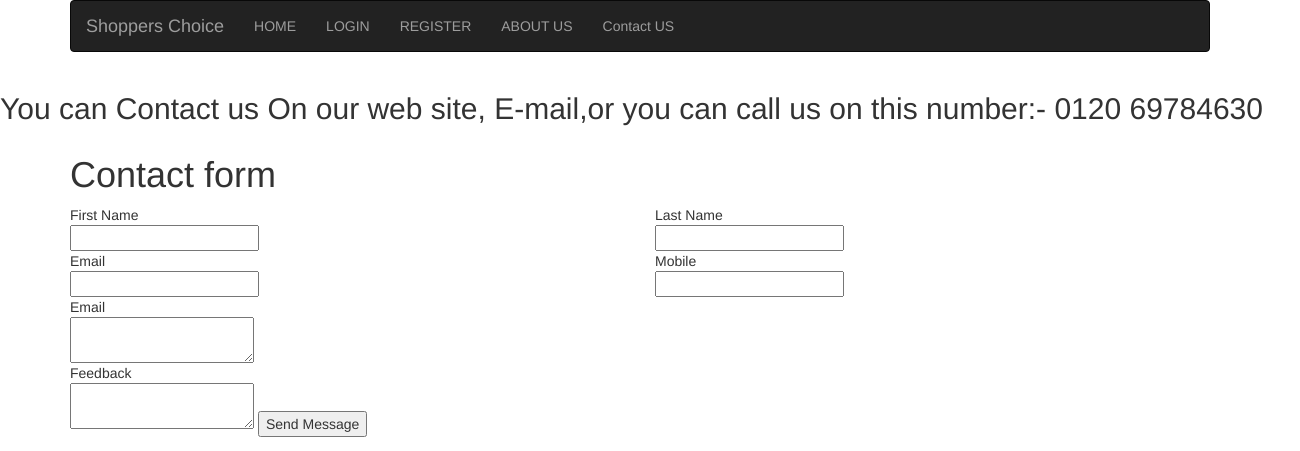
Repository: ShivaniSharma97/NewWorkspace
Page: http://localhost/ShoppersChoiceFrontend/WEB-INF/views/ContactUs.jsp
These files come from the project's save history. The page is drawn as it stood at one moment and after the next save; the edit follows.
The browser window is 1280 px wide. The page is 1300 px wide, so the pictures cover 1300 px, including what lies to the right of the window. The pictures show the part of the page from y = 350 to 819 px (the page is 801 px tall before and 819 px after).
The page is served by Tomcat 9. Nobody is signed in. Other server files are loaded and not shown. The template is opened directly, without the code that normally fills it, so the values that code supplies are empty.

Above is the page before, as saved 2019-02-12 03:04:18.

### ShoppersChoiceFrontend/src/main/webapp/WEB-INF/views/ContactUs.jsp
<%@ page language="java" contentType="text/html"%>
<%@include file="Header.jsp" %>
<html>
<head>
<link rel="stylesheet" href="https://maxcdn.bootstrapcdn.com/bootstrap/3.3.7/css/bootstrap.min.css">
<script src="https://ajax.googleapis.com/ajax/libs/jquery/3.3.1/jquery.min.js"></script>
<script src="https://maxcdn.bootstrapcdn.com/bootstrap/3.3.7/js/bootstrap.min.js"></script>
</head>
<body>
<h2> You can Contact us On our web site, E-mail,or you can call us on this number:- 0120 69784630</h2>
<div class="container-fluid">
<div class="container">
<div class="formBox">
<form>
<div class="row">
<div class="col-sm-12">
<h1>Contact form</h1>
</div>
</div>
<div class="row">
<div class="col-sm-6">
<div class="inputBox ">
<div class="inputText">First Name</div>
<input type="text" name="" class="input">
</div>
</div>
<div class="col-sm-6">
<div class="inputBox">
<div class="inputText">Last Name</div>
<input type="text" name="" class="input">
</div>
</div>
</div>
<div class="row">
<div class="col-sm-6">
<div class="inputBox">
<div class="inputText">Email</div>
						<input type="text" name="" class="input">
								</div>
							</div>

							<div class="col-sm-6">
								<div class="inputBox">
									<div class="inputText">Mobile</div>
									<input type="text" name="" class="input">
								</div>
							</div>
						</div>

						<div class="row">
							<div class="col-sm-12">
								<div class="inputBox">
									<div class="inputText">Email</div>
									<textarea class="input"></textarea>
								</div>
							</div>
						</div>

						<div class="row">
							<div class="col-sm-12">
							<div class="input text"> Feedback</div>
							<textarea class="input"></textarea>
								<input type="submit" name="" class="button" value="Send Message">
							</div>
						</div>
				</form>
			</div>
		</div>
	</div>
</html>

### ShoppersChoiceFrontend/src/main/webapp/WEB-INF/views/Header.jsp
<%@ page language="java" contentType="text/html"%>
<%@taglib uri="http://java.sun.com/jsp/jstl/core" prefix="c" %>
<html>
<head>
<meta charset="ISO-8859-1">
<title>$(pageinfo)Shoppers choice</title>
<link rel="stylesheet" href="https://maxcdn.bootstrapcdn.com/bootstrap/3.3.7/css/bootstrap.min.css">
<script src="https://ajax.googleapis.com/ajax/libs/jquery/3.3.1/jquery.min.js"></script>
<script src="https://maxcdn.bootstrapcdn.com/bootstrap/3.3.7/js/bootstrap.min.js"></script>
</head>
<body>
<img align="center" src="C:\Users\ABHAY\Downloads.jfif" width="1300px" height="350px"/>
<div class="container">
    <nav class="navbar navbar-inverse">
        <div class="container-fluid">
           <div class="navbar-header">
               <a class="navbar-brand" href="#"> Shoppers Choice </a>
           </div>

           <ul class="nav navbar-nav">
             <li> <a href="home" />HOME </a></li>
             <li> <a href="login"/> LOGIN  </a></li>
             <li> <a href="register"/> REGISTER </a></li>
             <li> <a href="aboutUs"/> ABOUT US </a></li>
             <li> <a href="contactUs"/>Contact US </a></li>
             </ul>
             </div>
             </nav>
             </div>
             </body>
             </html>

After the next save:
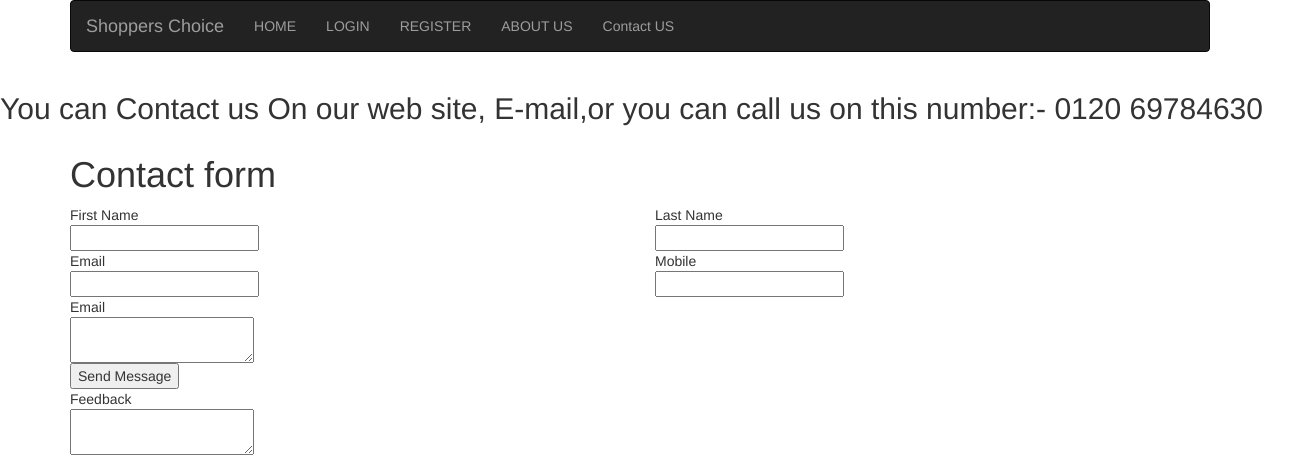
Saved 3 min 37 s later.
--- a/ShoppersChoiceFrontend/src/main/webapp/WEB-INF/views/ContactUs.jsp
+++ b/ShoppersChoiceFrontend/src/main/webapp/WEB-INF/views/ContactUs.jsp
@@ -49,22 +49,21 @@
 
 						<div class="row">
 							<div class="col-sm-12">
-								<div class="inputBox">
-									<div class="inputText">Email</div>
-									<textarea class="input"></textarea>
-								</div>
-							</div>
-						</div>
-
-						<div class="row">
-							<div class="col-sm-12">
-							<div class="input text"> Feedback</div>
-							<textarea class="input"></textarea>
-								<input type="submit" name="" class="button" value="Send Message">
-							</div>
-						</div>
-				</form>
-			</div>
-		</div>
-	</div>
+<div class="inputBox">
+<div class="inputText">Email</div>
+<textarea class="input"></textarea>
+</div>
+</div>
+</div>
+<div class="row">
+<div class="col-sm-12">
+<input type="submit" name="" class="button" value="Send Message">
+</div>
+</div>
+<div class="input text"> Feedback</div>
+<textarea class="input"></textarea>
+</form>
+</div>
+</div>
+</div>
 </html>
